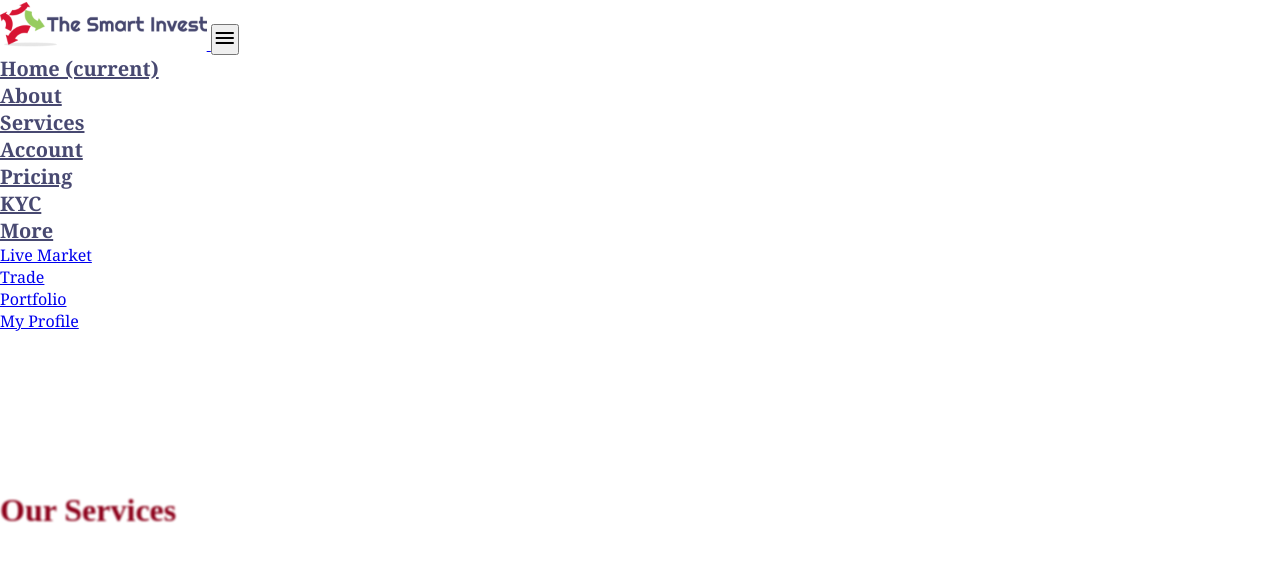
Repository: Demonster1999/Invest-Mart-new
Page: Account.html
The author's editor kept a copy of each file at every save. The page is drawn from the files as they stood at one save, then again after the next save.
The browser window is 1280 px wide. The pictures show the whole page.
Some web libraries are served in a nearby version.

Above is the page before, as saved 2020-05-01 22:23:35.
Console error: TypeError: Failed to execute 'addEventListener' on 'EventTarget': parameter 2 is not of type 'Object'.

After the next save:
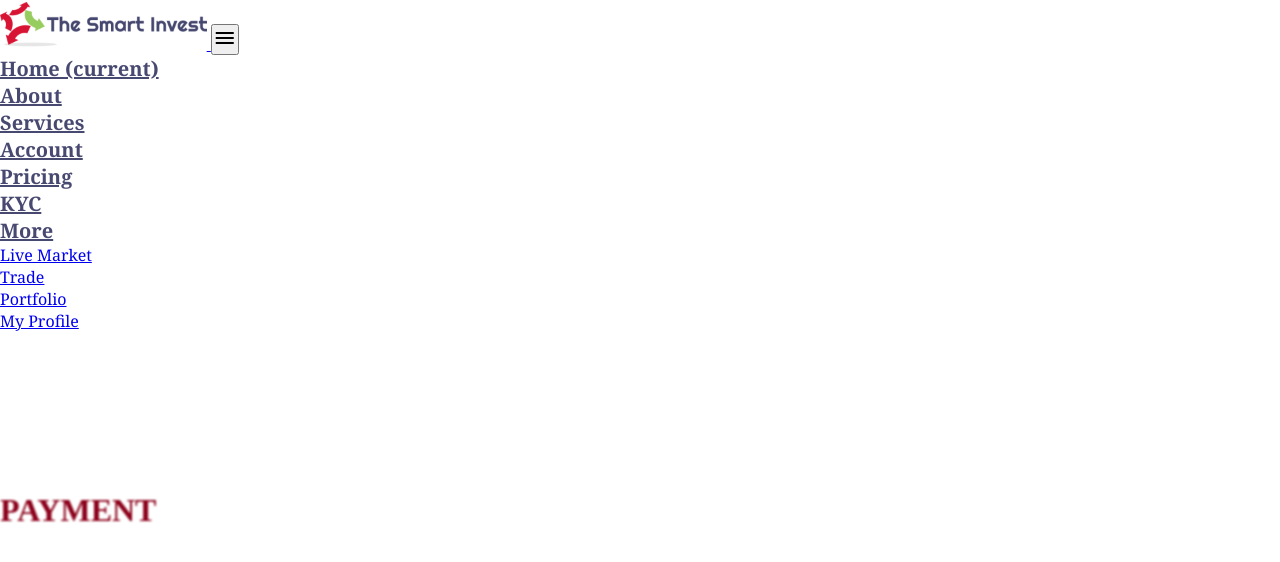
Saved 20 s later.
--- a/Account.html
+++ b/Account.html
@@ -79,7 +79,7 @@
   <div class="top-wrapper p-5 text-center ">
 
     <h1 >
-      Our Services
+       PAYMENT
     </h1>
 
   </div>
